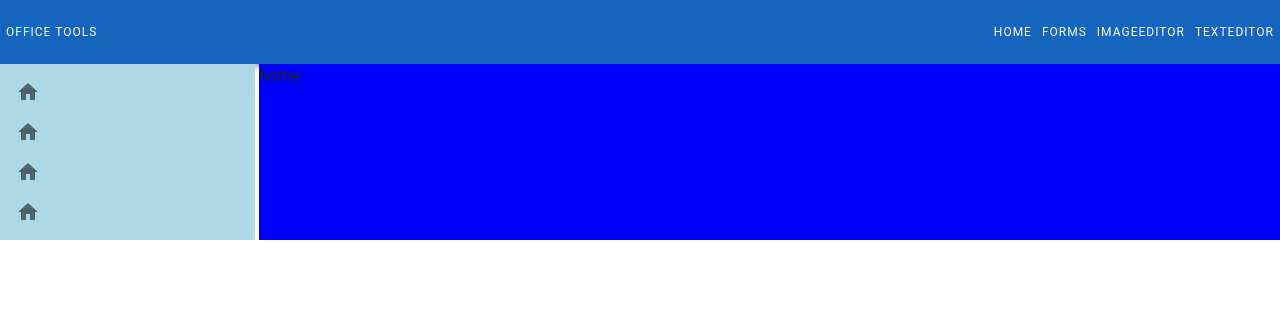
Repository: Vijay-Singh1/office-tools
Page: /form-builder
The author's editor kept a copy of each file at every save. The page is drawn from the files as they stood at one save, then again after the next save.
The browser window is 1280 px wide. The pictures show the whole page.
The project was rebuilt for these pictures with package versions that can differ from the ones it lists, and the page was loaded fresh each time. Also part of the build but not shown: vite.config.ts, src/FormBuilderApp/src/pages/CreateForm.tsx, src/FormBuilderApp/src/pages/OpenForms.tsx, src/App.css.

Above is the page before, as saved 2024-09-05 21:57:23.

### index.html
<!doctype html>
<html lang="en">
  <head>
    <meta charset="UTF-8" />
    <link rel="icon" type="image/svg+xml" href="/vite.svg" />
    <meta name="viewport" content="width=device-width, initial-scale=1.0" />
    <title>Office Tools</title>
  </head>
  <body>
    <div id="root"></div>
    <script type="module" src="/src/main.tsx"></script>
  </body>
</html>

### src/main.tsx
import { StrictMode } from 'react'
import { createRoot } from 'react-dom/client'
import App from './App.tsx'
import './index.css'// Import Tailwind CSS
import { ThemeProvider } from '@mui/material/styles';
import CssBaseline from '@mui/material/CssBaseline';
import theme from "./appTheme/appTheme.ts"
import AppRoutes from './routes.js';
createRoot(document.getElementById('root')!).render(
  <StrictMode>
    <ThemeProvider theme={theme}>
    <CssBaseline />
    <AppRoutes />
    </ThemeProvider>
  </StrictMode>,
)

### src/appTheme/appTheme.ts
// src/theme/theme.js

import { createTheme } from '@mui/material/styles';
import { blue,  red, orange, green, grey } from '@mui/material/colors';

const theme = createTheme({
  palette: {
    primary: {
      light: blue[300], // Light shade for hover effects, etc.
      main: blue[600],  // Main primary color
      dark: blue[800],  // Dark shade for contrast
      contrastText: '#ffffff',
    },
    secondary: {
      light: blue[200], // Light blue as a secondary color
      main: blue[400],  // A mid-range blue for secondary actions
      dark: blue[700],  // Darker shade for emphasis
      contrastText: '#ffffff',
    },
    error: {
      main: red[500],
    },
    warning: {
      main: orange[500],
    },
    info: {
      main: blue[300],
    },
    success: {
      main: green[500],
    },
    background: {
      default: '#ffffff',
      paper: blue[50], // Very light blue background for paper components
    },
    text: {
      primary: grey[900],
      secondary: blue[800], // Dark blue text for secondary elements
    },
    action: {
      hover: blue[100], // Light blue on hover
      selected: blue[50], // Even lighter blue when an item is selected
      disabledBackground: blue[50], // Light blue background for disabled items
      disabled: grey[400], // Disabled text color
    },
    divider: blue[100], // Light blue for dividers and borders
  },
  typography: {
    fontFamily: 'Roboto, Arial, sans-serif',
    h1: {
      fontWeight: 700,
      color: blue[800], // Dark blue for headings
    },
    h2: {
      fontWeight: 700,
      color: blue[700], // Slightly lighter for sub-headings
    },
    subtitle1: {
      fontSize: 12,
      letterSpacing : "1px"
    },
  },
  spacing :[0,2,4,6,8,10],
  components: {
    MuiButton: {
      styleOverrides: {
        root: {
          borderRadius: 8,
          '&:hover': {
            backgroundColor: blue[700], // Darker blue on hover
          },
        },
      },
    },
    MuiAppBar: {
      styleOverrides: {
        colorPrimary: {
          backgroundColor: blue[800], // Darker shade for AppBar
        },
      },
    },
    MuiPaper: {
      styleOverrides: {
        root: {
          backgroundColor: blue[50], // Very light blue for paper components
        },
      },
    },
    // Add more component customizations as needed
  },
});

export default theme;

### src/routes.tsx
import React from 'react';
import { createBrowserRouter, RouterProvider } from 'react-router-dom';

import Sidebar from './components/common/appBar/sidebar/Sidebar';
import { formBuilderRoutes } from './FormBuilderApp/src/formBuilderRoutes';
import App from './App';

// Combine routes from different modules
const router = createBrowserRouter([
  {
    path: '/',
    element: <App />,
    children: [
      ...formBuilderRoutes
      // Add other module routes here
    ],
  },
]);

const AppRoutes: React.FC = () => {
  return <RouterProvider router={router} />;
};

export default AppRoutes;

### src/FormBuilderApp/src/formBuilderRoutes.tsx
import React from 'react';
import { RouteObject } from 'react-router-dom';
import FormBuilderHome from './pages/FormBuilderHome';
import CreateForm from './pages/CreateForm';
import OpenForms from './pages/OpenForms';
import FormBuilderMain from './pages/FormBuilderMain';


export const formBuilderRoutes: RouteObject[] = [
  {
    path: 'form-builder',
    element: < FormBuilderMain/>,
    children: [
      {
        path: '/form-builder',
        element: <FormBuilderHome />,
      },
      {
        path: '/form-builder/Create-Form',
        element: <CreateForm />,
      },
      {
        path: '/form-builder/Open-Form',
        element: <OpenForms />,
      },
    ],
  },
];

### src/App.tsx
import { Outlet } from "react-router-dom";
import "./App.css";
import Sidebar from "./components/common/appBar/sidebar/Sidebar";
import { AppBar, Box, IconButton, Stack, Toolbar, Typography,   } from "@mui/material";
import MenuIcon from '@mui/icons-material/Menu';
import Appbar from "./components/common/appBar/Appbar";
const App: React.FC = () => {

  return (

      <Stack direction="column">
    <Appbar/>
      <Box>
        <Outlet />
      </Box>
      </Stack>

  );
};

export default App;

### src/FormBuilderApp/src/pages/FormBuilderHome.tsx
import { Box } from '@mui/material'
import React from 'react'

const FormBuilderHome = () => {
  return (
    <Box flex ={4} bgcolor={"blue"}>
      home
    </Box>
  )
}

export default FormBuilderHome

### src/FormBuilderApp/src/pages/FormBuilderMain.tsx
import { Box, Stack } from '@mui/material'
import React from 'react'
import { Outlet } from 'react-router-dom'
import Sidebar from '../../../components/common/sidebar/Sidebar'
import { Home } from '@mui/icons-material'


const sideBarItem = [
  {
    text :"Home",
    icon :<Home/>
  },
  {
    text :"Home",
    icon :<Home/>
  },
  {
    text :"Home",
    icon :<Home/>
  },
  {
    text :"Home",
    icon :<Home/>
  },
]
const FormBuilderMain = () => {
  return (
    <Box width={"100%"}>
      <Stack direction="row" spacing={2}>
        <Sidebar items ={sideBarItem}/>
          <Outlet />
        </Stack>
        </Box>
  )
}

export default FormBuilderMain

### src/components/common/appBar/Appbar.tsx
import { AppBar, Box, styled, Toolbar, Typography } from '@mui/material'
import React from 'react'
import HomeRepairServiceIcon from '@mui/icons-material/HomeRepairService';
import { NavLink } from 'react-router-dom';

const StyledToolBar = styled(Toolbar)({
    display : "flex",
    justifyContent : "space-between"
})

const NavItems = styled(Box)(({theme}) =>({
    color : theme.palette.primary.contrastText,
    display: "flex",
    // border : "1px solid red",
    gap: theme.spacing(5)
}))

const StyledNavLink = styled(NavLink)(({theme})=>({
    width : "40%",
    color : theme.palette.primary.contrastText,
    textDecoration : "none",


}))

const Appbar = () => {
  return (
    <Box sx={{ flexGrow: 1 }}>
    <AppBar position='static' >
        <StyledToolBar>
        <Typography variant='subtitle1' sx={{display : {sm : "block", xs : "none"}}}>OFFICE TOOLS</Typography>
            <HomeRepairServiceIcon sx={{display : {sm : "none", xs : "block"}}}/>
            <NavItems>
            <StyledNavLink to="/home"><Typography variant='subtitle1'>HOME</Typography> </StyledNavLink>
            <StyledNavLink to="/form-builder"><Typography variant='subtitle1'>FORMS</Typography></StyledNavLink>
            <StyledNavLink to="/Docs-editor"><Typography variant='subtitle1'>IMAGEEDITOR</Typography></StyledNavLink>
            <StyledNavLink to="/docs-editor"><Typography variant='subtitle1'>TEXTEDITOR</Typography></StyledNavLink>
        </NavItems>
        </StyledToolBar>

    </AppBar>
    </Box>
  )
}

export default Appbar

### src/components/common/sidebar/Sidebar.tsx
import { Box, List, ListItem, ListItemButton, ListItemIcon, ListItemText } from '@mui/material'
import React from 'react'
import { SidebarProps } from '../../../types';

const Sidebar:React.FC<SidebarProps> = ({items  }) => {
  return (
    <Box bgcolor="lightBlue" flex={1}>
      <List>
      {items?.map((item) =>(
        <ListItem disablePadding>
          <ListItemButton component = "a" href='#form-builder'>
            <ListItemIcon>
              {item.icon}
            </ListItemIcon>
            <ListItemText primary>{item.text}</ListItemText>
          </ListItemButton>
        </ListItem>
      ))}
      </List>
    </Box>
  )
}

export default Sidebar

Loaded but not shown: src/index.css (common file)

After the next save:
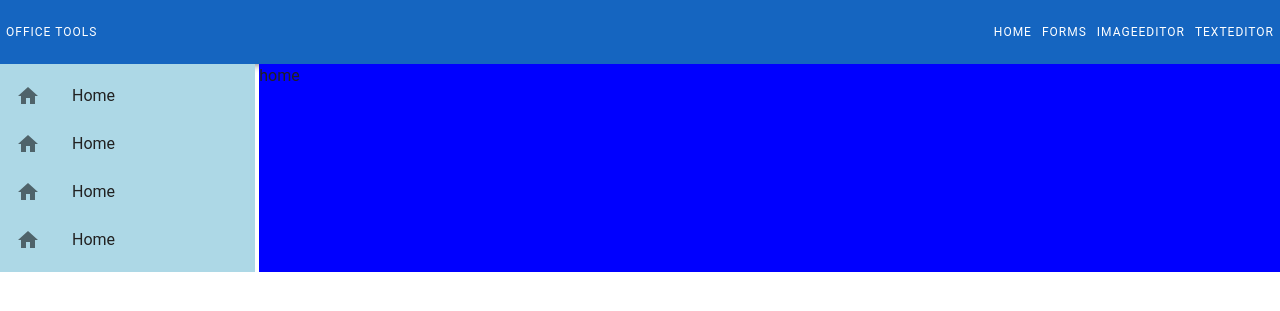
Saved 24 s later.
--- a/src/components/common/sidebar/Sidebar.tsx
+++ b/src/components/common/sidebar/Sidebar.tsx
@@ -12,7 +12,7 @@ const Sidebar:React.FC<SidebarProps> = ({items  }) => {
             <ListItemIcon>
               {item.icon}
             </ListItemIcon>
-            <ListItemText primary>{item.text}</ListItemText>
+            <ListItemText >{item.text}</ListItemText>
           </ListItemButton>
         </ListItem>
       ))}
